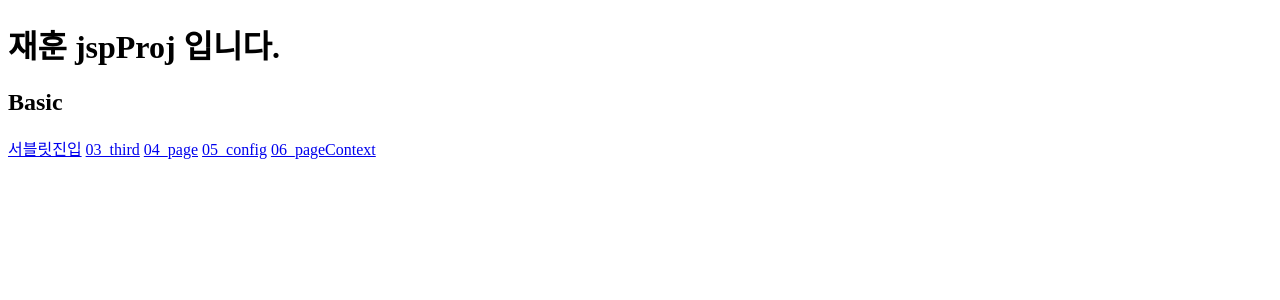
Repository: Jhoon0211/java_work
Page: http://localhost/jspProj/
The author's editor kept a copy of each file at every save. The page is drawn from the files as they stood at one save, then again after the next save.
The browser window is 1280 px wide. The pictures show the whole page.
The page is served by Tomcat 9. Nobody is signed in. The application's start-up code is not run.

Above is the page before, as saved 2023-07-26 00:59:17.

After the next save:
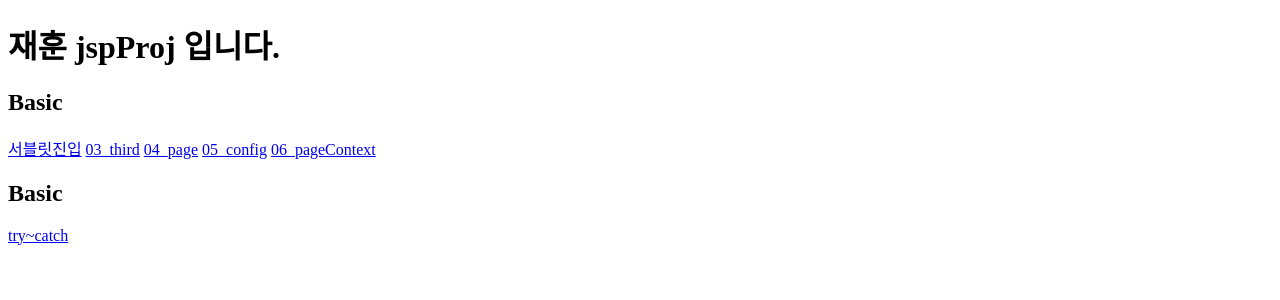
Saved 35 s later.
--- a/jspProj/src/main/webapp/index.jsp
+++ b/jspProj/src/main/webapp/index.jsp
@@ -9,12 +9,12 @@
 <body>
 <h1>재훈 jspProj 입니다.</h1>
 <h2>Basic</h2>
-
-
 <a href="basic/First">서블릿진입</a>
 <a href="basic/03_third.jsp">03_third</a>
 <a href="basic/04_page.jsp">04_page</a>
 <a href="basic/05_config.jsp">05_config</a>
 <a href="basic/06_pageContext.jsp">06_pageContext</a>
+<h2>Basic</h2>
+<a href="err/aaa.jsp">try~catch</a>
 </body>
 </html>
